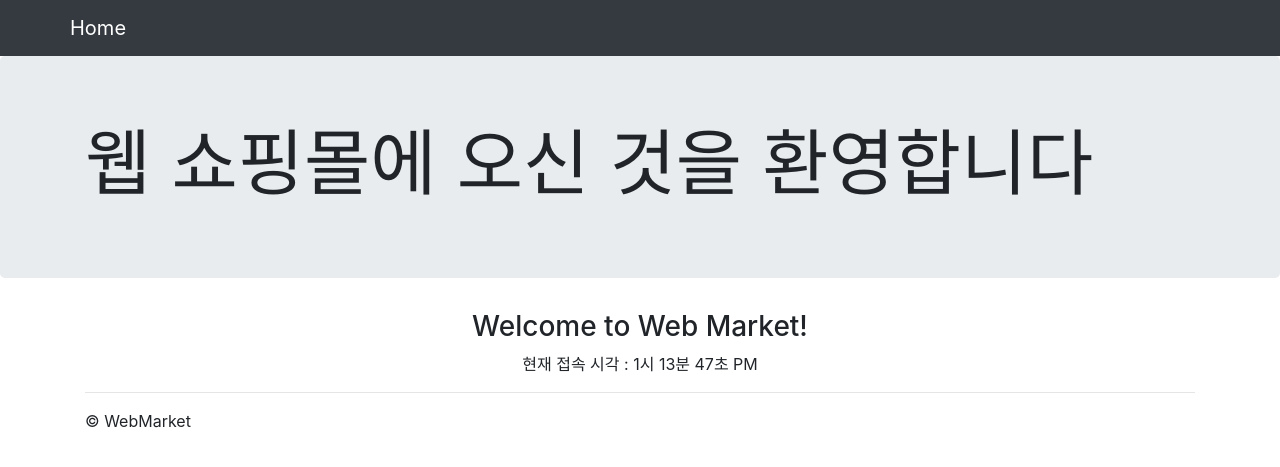
Repository: CheolHo-0428/JSP-Web-Programming
Page: http://localhost/WebMarket/welcome.jsp
These files come from the project's save history. The page is drawn as it stood at one moment and after the next save; the edit follows.
The browser window is 1280 px wide. The pictures show the whole page.
The page is served by Tomcat 9. Other server files are loaded and not shown.

Above is the page before, as saved 2021-05-08 07:01:02.

### WebMarket/src/main/webapp/welcome.jsp
<%@ page language="java" contentType="text/html; charset=UTF-8"
    pageEncoding="UTF-8"%>
<%@ page import="java.util.Date" %>
<!DOCTYPE html>
<html>
<head>
<meta charset="UTF-8">
<title>Welcome</title>
</head>
<!-- Bootstrap CSS -->
    <link href="https://maxcdn.bootstrapcdn.com/bootstrap/4.0.0/css/bootstrap.min.css"
    	rel="stylesheet">
<body>
	<%@ include file = "menu.jsp" %>
	<%
		String greeting = "웹 쇼핑몰에 오신 것을 환영합니다";
		String tagline = "Welcome to Web Market!";
	%>
	<div class = "jumbotron">
		<div class = "container">
			<h1 class = "display-3">
					<%= greeting %>
			</h1>
		</div>
	</div>
	<div class = "container">
		<div class = "text-center">
			<h3><%= tagline %></h3>
			<p>
				<%
					Date day = new Date();
					String am_pm;
					int hour = day.getHours();
					int minute = day.getHours();
					int second = day.getSeconds();
					if(hour/12 == 0){
						am_pm = "AM";
					} else {
						am_pm = "PM";
						hour = hour-12;
					}

					String CT = hour + "시 " + minute + "분 " + second + "초 " + am_pm;

					out.println("현재 접속 시각 : " + CT +"\n");
				%>
			</p>
		</div>
		<hr>
	</div>
	<footer class = "container">
		<p>&copy; WebMarket</p>
	</footer>

</body>
</html>

### WebMarket/src/main/webapp/menu.jsp
<%@ page language="java" contentType="text/html; charset=UTF-8"
    pageEncoding="UTF-8"%>
<!DOCTYPE html>
<html>
<head>
<meta charset="UTF-8">
<title>Insert title here</title>
</head>
<body>
	<nav class="navbar navbar-expand navbar-dark bg-dark">
		<div class="container">
			<div class = "navbar-header">
				<a class = "navbar-brand" href="./welcome.jsp">Home</a>
			</div>
		</div>
	</nav>
</body>
</html>

After the next save:
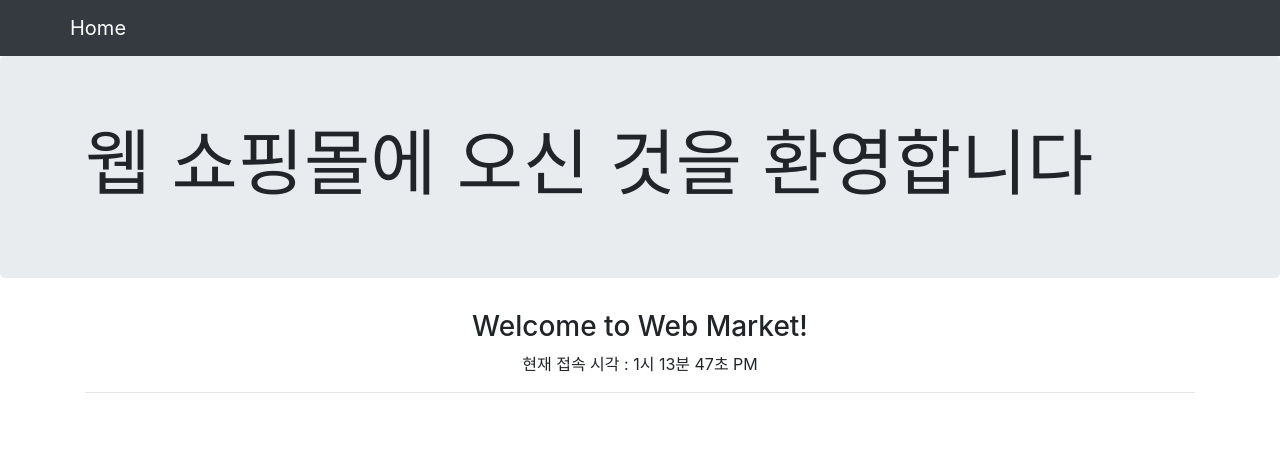
Saved 14 s later.
--- a/WebMarket/src/main/webapp/welcome.jsp
+++ b/WebMarket/src/main/webapp/welcome.jsp
@@ -48,9 +48,7 @@
 		</div>
 		<hr>
 	</div>
-	<footer class = "container">
-		<p>&copy; WebMarket</p>
-	</footer>
+
 
 </body>
 </html>
